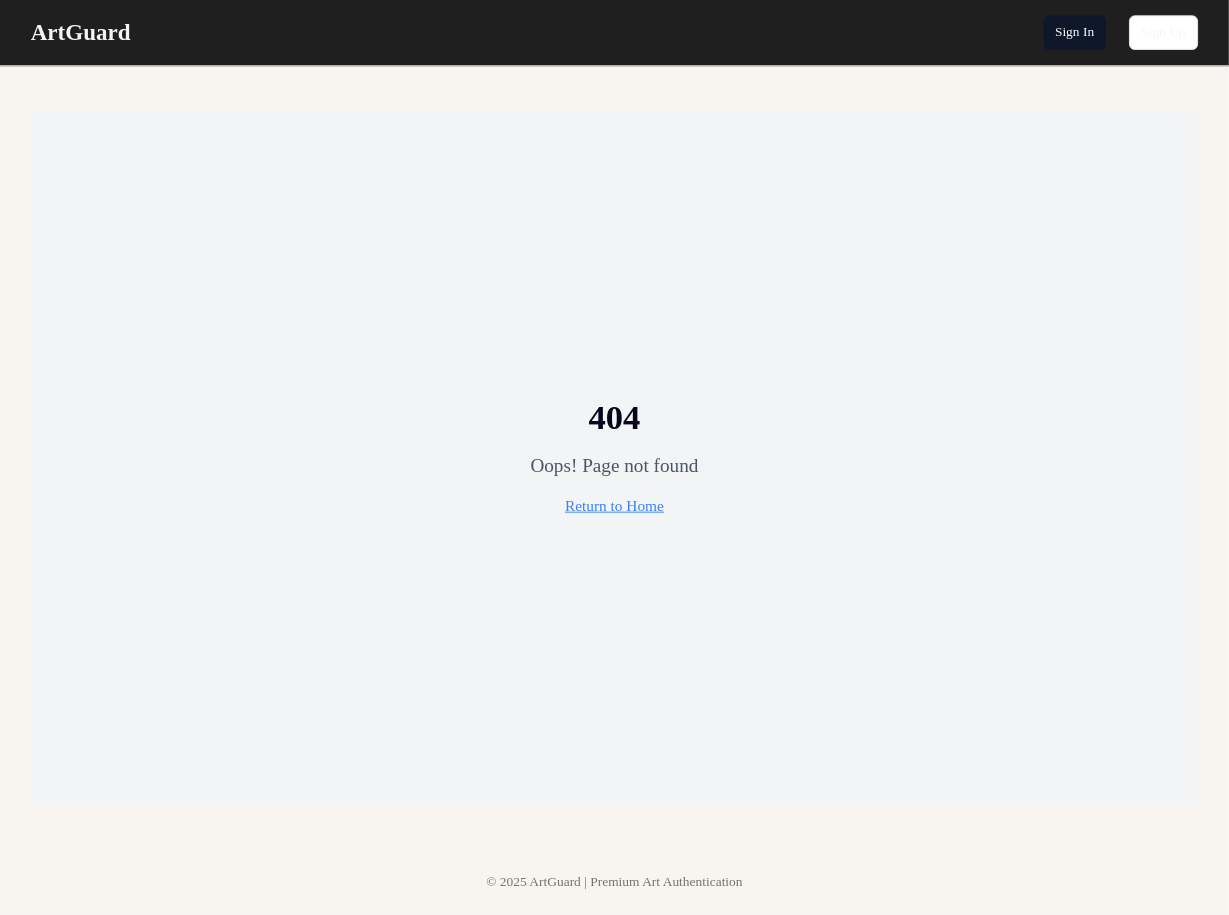
Repository: Arunkumar158/artguard
Page: /scan-history
These files come from the project's save history. The page is drawn as it stood at one moment and after the next save; the edit follows.
The browser window is 1280 px wide. The pictures show the whole page, at 96% of full size.
The project was rebuilt for these pictures with package versions that can differ from the ones it lists, and the page was loaded fresh each time. Also part of the build but not shown: vite.config.ts, src/components/ui/label.tsx, src/components/ui/form.tsx, src/components/ui/input.tsx, src/components/ui/tabs.tsx, src/components/ui/use-toast.ts, src/components/ui/alert-dialog.tsx, src/components/auth/AuthForm.tsx and 13 more.

Above is the page before, as saved 2025-07-07 23:50:14.

### index.html
<!DOCTYPE html>
<html lang="en">
  <head>
    <meta charset="UTF-8" />
    <meta name="viewport" content="width=device-width, initial-scale=1.0" />
    <title>art-sense-scan-reveal</title>
    <meta name="description" content="Lovable Generated Project" />
    <meta name="author" content="Lovable" />

    <meta property="og:title" content="art-sense-scan-reveal" />
    <meta property="og:description" content="Lovable Generated Project" />
    <meta property="og:type" content="website" />
    <meta property="og:image" content="https://lovable.dev/opengraph-image-p98pqg.png" />

    <meta name="twitter:card" content="summary_large_image" />
    <meta name="twitter:site" content="@lovable_dev" />
    <meta name="twitter:image" content="https://lovable.dev/opengraph-image-p98pqg.png" />
  </head>

  <body>
    <div id="root"></div>
    <!-- IMPORTANT: DO NOT REMOVE THIS SCRIPT TAG OR THIS VERY COMMENT! -->
    <script src="https://cdn.gpteng.co/gptengineer.js" type="module"></script>
    <script type="module" src="/src/main.tsx"></script>
  </body>
</html>

### src/main.tsx
import { createRoot } from 'react-dom/client'
import { BrowserRouter as Router } from 'react-router-dom'
import App from './App.tsx'
import './index.css'

createRoot(document.getElementById("root")!).render(
  <Router>
    <App />
  </Router>
);

### src/App.tsx
import { useEffect, useState } from "react";
import {
  BrowserRouter as Router,
  Routes,
  Route,
  Navigate,
  useNavigate,
} from "react-router-dom";
import { Session } from "@supabase/supabase-js";
import { supabase } from "@/lib/supabaseClient";
import AuthPage from "./pages/Auth";
import Dashboard from "./pages/Dashboard";
import Index from "./pages/Index";
import NotFound from "./pages/NotFound";
import ResetPasswordPage from "./pages/ResetPassword";
import { Toaster } from "./components/ui/toaster";
import { MainLayout } from "./components/MainLayout";

function App() {
  const [session, setSession] = useState<Session | null>(null);
  const navigate = useNavigate();

  useEffect(() => {
    supabase.auth.getSession().then(({ data: { session } }) => {
      setSession(session);
    });

    const {
      data: { subscription },
    } = supabase.auth.onAuthStateChange((event, session) => {
      setSession(session);
      if (event === "PASSWORD_RECOVERY") {
        navigate("/reset-password");
      }
    });

    return () => subscription.unsubscribe();
  }, [navigate]);

  return (
    <MainLayout session={session}>
      <Routes>
        <Route path="/" element={<Index />} />
        <Route path="/auth" element={<AuthPage />} />
        <Route path="/reset-password" element={<ResetPasswordPage />} />
        <Route
          path="/dashboard"
          element={
            <ProtectedRoute session={session}>
              <Dashboard session={session} />
            </ProtectedRoute>
          }
        />
        <Route path="*" element={<NotFound />} />
      </Routes>
      <Toaster />
    </MainLayout>
  );
}

function ProtectedRoute({
  session,
  children,
}: {
  session: Session | null;
  children: React.ReactNode;
}) {
  if (!session) {
    return <Navigate to="/auth" replace />;
  }

  return <>{children}</>;
}

export default App;

### src/index.css
@import url('https://fonts.googleapis.com/css2?family=Inter:wght@400;500;600;700&family=Playfair+Display:wght@700&display=swap');

@tailwind base;
@tailwind components;
@tailwind utilities;

@layer base {
  :root {
    --background: 0 0% 100%;
    --foreground: 222.2 84% 4.9%;

    /* Art Guard Brand Colors */
    --brand-background: 36 33% 96%; /* #F9F6F2 */
    --brand-primary: 44 74% 61%;   /* #E2B855 */
    --brand-text: 0 0% 12%;       /* #1E1E1E */

    --card: 0 0% 100%;
    --card-foreground: 222.2 84% 4.9%;

    --popover: 38 50% 98%;
    --popover-foreground: 0 0% 11.8%;

    --primary: 222.2 47.4% 11.2%;
    --primary-foreground: 210 40% 98%;

    --secondary: 210 40% 96.1%;
    --secondary-foreground: 0 0% 9%;

    --muted: 0 0% 96.1%;
    --muted-foreground: 0 0% 45.1%;

    --accent: 0 0% 96.1%;
    --accent-foreground: 0 0% 9%;

    --destructive: 0 84.2% 60.2%;
    --destructive-foreground: 0 0% 98%;

    --border: 0 0% 90%;
    --input: 0 0% 90%;
    --ring: 45 74% 61%; /* Deep Ochre Gold for focus rings */

    --radius: 0.5rem;
  }

  .dark {
    --background: 222.2 84% 4.9%;
    --foreground: 210 40% 98%;

    /* Art Guard Brand Colors */
    --brand-background: 36 33% 96%; /* #F9F6F2 */
    --brand-primary: 44 74% 61%;   /* #E2B855 */
    --brand-text: 0 0% 12%;       /* #1E1E1E */

    --card: 222.2 84% 4.9%;
    --card-foreground: 210 40% 98%;

    --popover: 0 0% 11.8%;
    --popover-foreground: 38 50% 98%;

    --primary: 210 40% 98%;
    --primary-foreground: 222.2 47.4% 11.2%;

    --secondary: 217.2 32.6% 17.5%;
    --secondary-foreground: 0 0% 98%;

    --muted: 0 0% 17.5%;
    --muted-foreground: 0 0% 65.1%;

    --accent: 0 0% 17.5%;
    --accent-foreground: 0 0% 98%;

    --destructive: 0 62.8% 30.6%;
    --destructive-foreground: 0 0% 98%;

    --border: 0 0% 25%;
    --input: 0 0% 25%;
    --ring: 45 74% 61%;
  }
}

@layer base {
  * {
    @apply border-border;
  }

  body {
    @apply bg-background text-foreground font-sans;
  }

  h1, h2, h3, h4, h5, h6 {
    @apply font-serif;
  }
}

/* Additional keyframes for animations */
@keyframes fade-in {
  from {
    opacity: 0;
    transform: translateY(10px);
  }
  to {
    opacity: 1;
    transform: translateY(0);
  }
}

@layer utilities {
  .animate-fade-in {
    animation: fade-in 0.4s ease-out forwards;
  }
}

### src/lib/supabaseClient.ts
import { createClient } from '@supabase/supabase-js'

const supabaseUrl = "https://bawanuusktkjmlniedlu.supabase.co"
const supabaseAnonKey = "eyJhbGciOiJIUzI1NiIsInR5cCI6IkpXVCJ9.eyJpc3MiOiJzdXBhYmFzZSIsInJlZiI6ImJhd2FudXVza3Rram1sbmllZGx1Iiwicm9sZSI6ImFub24iLCJpYXQiOjE3NTA1ODg3MTUsImV4cCI6MjA2NjE2NDcxNX0.ERK2N1GqeKfrCd2n5coqiYEGMFnfx_IXZGKz0Kpm_Bg"

export const supabase = createClient(supabaseUrl, supabaseAnonKey)

### src/pages/NotFound.tsx
import { useLocation } from "react-router-dom";
import { useEffect } from "react";

const NotFound = () => {
  const location = useLocation();

  useEffect(() => {
    console.error(
      "404 Error: User attempted to access non-existent route:",
      location.pathname
    );
  }, [location.pathname]);

  return (
    <div className="min-h-screen flex items-center justify-center bg-gray-100">
      <div className="text-center">
        <h1 className="text-4xl font-bold mb-4">404</h1>
        <p className="text-xl text-gray-600 mb-4">Oops! Page not found</p>
        <a href="/" className="text-blue-500 hover:text-blue-700 underline">
          Return to Home
        </a>
      </div>
    </div>
  );
};

export default NotFound;

### src/components/ui/toaster.tsx
import { useToast } from "@/hooks/use-toast"
import {
  Toast,
  ToastClose,
  ToastDescription,
  ToastProvider,
  ToastTitle,
  ToastViewport,
} from "@/components/ui/toast"

export function Toaster() {
  const { toasts } = useToast()

  return (
    <ToastProvider>
      {toasts.map(function ({ id, title, description, action, ...props }) {
        return (
          <Toast key={id} {...props}>
            <div className="grid gap-1">
              {title && <ToastTitle>{title}</ToastTitle>}
              {description && (
                <ToastDescription>{description}</ToastDescription>
              )}
            </div>
            {action}
            <ToastClose />
          </Toast>
        )
      })}
      <ToastViewport />
    </ToastProvider>
  )
}

### src/components/MainLayout.tsx
import React from "react";
import { Session } from "@supabase/supabase-js";
import { Header } from "./Header";

interface MainLayoutProps {
  children: React.ReactNode;
  session: Session | null;
}

export const MainLayout: React.FC<MainLayoutProps> = ({
  children,
  session,
}) => {
  return (
    <div className="min-h-screen bg-brand-background flex flex-col font-sans">
      <Header session={session} />
      <main className="flex-1 container py-12">{children}</main>
      <footer className="py-6 text-center text-sm text-muted-foreground">
        <div className="container">
          © {new Date().getFullYear()} ArtGuard | Premium Art Authentication
        </div>
      </footer>
    </div>
  );
};

### src/components/ui/button.tsx
import * as React from "react"
import { Slot } from "@radix-ui/react-slot"
import { cva, type VariantProps } from "class-variance-authority"

import { cn } from "@/lib/utils"

const buttonVariants = cva(
  "inline-flex items-center justify-center gap-2 whitespace-nowrap rounded-md text-sm font-medium ring-offset-background transition-colors focus-visible:outline-none focus-visible:ring-2 focus-visible:ring-ring focus-visible:ring-offset-2 disabled:pointer-events-none disabled:opacity-50 [&_svg]:pointer-events-none [&_svg]:size-4 [&_svg]:shrink-0",
  {
    variants: {
      variant: {
        default: "bg-primary text-primary-foreground hover:bg-primary/90",
        destructive:
          "bg-destructive text-destructive-foreground hover:bg-destructive/90",
        outline:
          "border border-input bg-background hover:bg-accent hover:text-accent-foreground",
        secondary:
          "bg-secondary text-secondary-foreground hover:bg-secondary/80",
        ghost: "hover:bg-accent hover:text-accent-foreground",
        link: "text-primary underline-offset-4 hover:underline",
      },
      size: {
        default: "h-10 px-4 py-2",
        sm: "h-9 rounded-md px-3",
        lg: "h-11 rounded-md px-8",
        icon: "h-10 w-10",
      },
    },
    defaultVariants: {
      variant: "default",
      size: "default",
    },
  }
)

export interface ButtonProps
  extends React.ButtonHTMLAttributes<HTMLButtonElement>,
    VariantProps<typeof buttonVariants> {
  asChild?: boolean
}

const Button = React.forwardRef<HTMLButtonElement, ButtonProps>(
  ({ className, variant, size, asChild = false, ...props }, ref) => {
    const Comp = asChild ? Slot : "button"
    return (
      <Comp
        className={cn(buttonVariants({ variant, size, className }))}
        ref={ref}
        {...props}
      />
    )
  }
)
Button.displayName = "Button"

export { Button, buttonVariants }

### src/components/ui/toast.tsx
import * as React from "react"
import * as ToastPrimitives from "@radix-ui/react-toast"
import { cva, type VariantProps } from "class-variance-authority"
import { X } from "lucide-react"

import { cn } from "@/lib/utils"

const ToastProvider = ToastPrimitives.Provider

const ToastViewport = React.forwardRef<
  React.ElementRef<typeof ToastPrimitives.Viewport>,
  React.ComponentPropsWithoutRef<typeof ToastPrimitives.Viewport>
>(({ className, ...props }, ref) => (
  <ToastPrimitives.Viewport
    ref={ref}
    className={cn(
      "fixed top-0 z-[100] flex max-h-screen w-full flex-col-reverse p-4 sm:bottom-0 sm:right-0 sm:top-auto sm:flex-col md:max-w-[420px]",
      className
    )}
    {...props}
  />
))
ToastViewport.displayName = ToastPrimitives.Viewport.displayName

const toastVariants = cva(
  "group pointer-events-auto relative flex w-full items-center justify-between space-x-4 overflow-hidden rounded-md border p-6 pr-8 shadow-lg transition-all data-[swipe=cancel]:translate-x-0 data-[swipe=end]:translate-x-[var(--radix-toast-swipe-end-x)] data-[swipe=move]:translate-x-[var(--radix-toast-swipe-move-x)] data-[swipe=move]:transition-none data-[state=open]:animate-in data-[state=closed]:animate-out data-[swipe=end]:animate-out data-[state=closed]:fade-out-80 data-[state=closed]:slide-out-to-right-full data-[state=open]:slide-in-from-top-full data-[state=open]:sm:slide-in-from-bottom-full",
  {
    variants: {
      variant: {
        default: "border bg-background text-foreground",
        destructive:
          "destructive group border-destructive bg-destructive text-destructive-foreground",
      },
    },
    defaultVariants: {
      variant: "default",
    },
  }
)

const Toast = React.forwardRef<
  React.ElementRef<typeof ToastPrimitives.Root>,
  React.ComponentPropsWithoutRef<typeof ToastPrimitives.Root> &
    VariantProps<typeof toastVariants>
>(({ className, variant, ...props }, ref) => {
  return (
    <ToastPrimitives.Root
      ref={ref}
      className={cn(toastVariants({ variant }), className)}
      {...props}
    />
  )
})
Toast.displayName = ToastPrimitives.Root.displayName

const ToastAction = React.forwardRef<
  React.ElementRef<typeof ToastPrimitives.Action>,
  React.ComponentPropsWithoutRef<typeof ToastPrimitives.Action>
>(({ className, ...props }, ref) => (
  <ToastPrimitives.Action
    ref={ref}
    className={cn(
      "inline-flex h-8 shrink-0 items-center justify-center rounded-md border bg-transparent px-3 text-sm font-medium ring-offset-background transition-colors hover:bg-secondary focus:outline-none focus:ring-2 focus:ring-ring focus:ring-offset-2 disabled:pointer-events-none disabled:opacity-50 group-[.destructive]:border-muted/40 group-[.destructive]:hover:border-destructive/30 group-[.destructive]:hover:bg-destructive group-[.destructive]:hover:text-destructive-foreground group-[.destructive]:focus:ring-destructive",
      className
    )}
    {...props}
  />
))
ToastAction.displayName = ToastPrimitives.Action.displayName

const ToastClose = React.forwardRef<
  React.ElementRef<typeof ToastPrimitives.Close>,
  React.ComponentPropsWithoutRef<typeof ToastPrimitives.Close>
>(({ className, ...props }, ref) => (
  <ToastPrimitives.Close
    ref={ref}
    className={cn(
      "absolute right-2 top-2 rounded-md p-1 text-foreground/50 opacity-0 transition-opacity hover:text-foreground focus:opacity-100 focus:outline-none focus:ring-2 group-hover:opacity-100 group-[.destructive]:text-red-300 group-[.destructive]:hover:text-red-50 group-[.destructive]:focus:ring-red-400 group-[.destructive]:focus:ring-offset-red-600",
      className
    )}
    toast-close=""
    {...props}
  >
    <X className="h-4 w-4" />
  </ToastPrimitives.Close>
))
ToastClose.displayName = ToastPrimitives.Close.displayName

const ToastTitle = React.forwardRef<
  React.ElementRef<typeof ToastPrimitives.Title>,
  React.ComponentPropsWithoutRef<typeof ToastPrimitives.Title>
>(({ className, ...props }, ref) => (
  <ToastPrimitives.Title
    ref={ref}
    className={cn("text-sm font-semibold", className)}
    {...props}
  />
))
ToastTitle.displayName = ToastPrimitives.Title.displayName

const ToastDescription = React.forwardRef<
  React.ElementRef<typeof ToastPrimitives.Description>,
  React.ComponentPropsWithoutRef<typeof ToastPrimitives.Description>
>(({ className, ...props }, ref) => (
  <ToastPrimitives.Description
    ref={ref}
    className={cn("text-sm opacity-90", className)}
    {...props}
  />
))
ToastDescription.displayName = ToastPrimitives.Description.displayName

type ToastProps = React.ComponentPropsWithoutRef<typeof Toast>

type ToastActionElement = React.ReactElement<typeof ToastAction>

export {
  type ToastProps,
  type ToastActionElement,
  ToastProvider,
  ToastViewport,
  Toast,
  ToastTitle,
  ToastDescription,
  ToastClose,
  ToastAction,
}

### src/components/Header.tsx
import React from "react";
import { Link, useNavigate } from "react-router-dom";
import { Session } from "@supabase/supabase-js";
import { supabase } from "@/lib/supabaseClient";
import { Button } from "./ui/button";

interface HeaderProps {
  session: Session | null;
}

export const Header: React.FC<HeaderProps> = ({ session }) => {
  const navigate = useNavigate();

  const handleSignOut = async () => {
    await supabase.auth.signOut();
    navigate("/");
  };

  return (
    <header className="py-4 border-b bg-brand-text text-brand-background">
      <div className="container flex items-center justify-between">
        <Link to="/" className="text-2xl font-serif font-bold">
          ArtGuard
        </Link>
        <nav className="flex items-center gap-6">
          {session ? (
            <>
              <Link
                to="/upload"
                className="text-sm font-medium text-gray-300 hover:text-white transition-colors relative group"
              >
                Upload Artwork
                <span className="absolute bottom-[-2px] left-0 w-full h-0.5 bg-brand-primary scale-x-0 group-hover:scale-x-100 transition-transform origin-left duration-300"></span>
              </Link>
              <Link
                to="/scan-history"
                className="text-sm font-medium text-gray-300 hover:text-white transition-colors relative group"
              >
                Scan History
                <span className="absolute bottom-[-2px] left-0 w-full h-0.5 bg-brand-primary scale-x-0 group-hover:scale-x-100 transition-transform origin-left duration-300"></span>
              </Link>
              <Link
                to="/insights"
                className="text-sm font-medium text-gray-300 hover:text-white transition-colors relative group"
              >
                Insights
                <span className="absolute bottom-[-2px] left-0 w-full h-0.5 bg-brand-primary scale-x-0 group-hover:scale-x-100 transition-transform origin-left duration-300"></span>
              </Link>
              <Link
                to="/api-access"
                className="text-sm font-medium text-gray-300 hover:text-white transition-colors relative group"
              >
                API Access
                <span className="absolute bottom-[-2px] left-0 w-full h-0.5 bg-brand-primary scale-x-0 group-hover:scale-x-100 transition-transform origin-left duration-300"></span>
              </Link>
              <Link
                to="/account"
                className="text-sm font-medium text-gray-300 hover:text-white transition-colors relative group"
              >
                Account
                <span className="absolute bottom-[-2px] left-0 w-full h-0.5 bg-brand-primary scale-x-0 group-hover:scale-x-100 transition-transform origin-left duration-300"></span>
              </Link>
              <Link
                to="/dashboard"
                className="text-sm font-medium text-gray-300 hover:text-white transition-colors relative group hidden md:inline"
              >
                Dashboard
                <span className="absolute bottom-[-2px] left-0 w-full h-0.5 bg-brand-primary scale-x-0 group-hover:scale-x-100 transition-transform origin-left duration-300"></span>
              </Link>
              <Button onClick={handleSignOut} variant="ghost" size="sm">
                Sign Out
              </Button>
            </>
          ) : (
            <>
              <Button
                onClick={() => navigate("/auth")}
                variant="default"
                size="sm"
              >
                Sign In
              </Button>
              <Button
                onClick={() => navigate("/auth")}
                variant="outline"
                size="sm"
              >
                Sign Up
              </Button>
            </>
          )}
        </nav>
      </div>
    </header>
  );
};

### tailwind.config.ts
import type { Config } from "tailwindcss";
import { fontFamily } from "tailwindcss/defaultTheme";
import tailwindcssAnimate from "tailwindcss-animate";

export default {
	darkMode: ["class"],
	content: [
		"./pages/**/*.{ts,tsx}",
		"./components/**/*.{ts,tsx}",
		"./app/**/*.{ts,tsx}",
		"./src/**/*.{ts,tsx}",
	],
	prefix: "",
	theme: {
		container: {
			center: true,
			padding: '2rem',
			screens: {
				'2xl': '1400px'
			}
		},
		extend: {
			fontFamily: {
				sans: ["var(--font-sans)", "Inter", "sans-serif"],
				serif: ["var(--font-serif)", "Playfair Display", "serif"],
			},
			colors: {
				border: 'hsl(var(--border))',
				input: 'hsl(var(--input))',
				ring: 'hsl(var(--ring))',
				background: 'hsl(var(--background))',
				foreground: 'hsl(var(--foreground))',
				'brand-background': 'hsl(var(--brand-background))',
				'brand-primary': 'hsl(var(--brand-primary))',
				'brand-text': 'hsl(var(--brand-text))',
				primary: {
					DEFAULT: 'hsl(var(--primary))',
					foreground: 'hsl(var(--primary-foreground))'
				},
				secondary: {
					DEFAULT: 'hsl(var(--secondary))',
					foreground: 'hsl(var(--secondary-foreground))'
				},
				destructive: {
					DEFAULT: 'hsl(var(--destructive))',
					foreground: 'hsl(var(--destructive-foreground))'
				},
				muted: {
					DEFAULT: 'hsl(var(--muted))',
					foreground: 'hsl(var(--muted-foreground))'
				},
				accent: {
					DEFAULT: 'hsl(var(--accent))',
					foreground: 'hsl(var(--accent-foreground))'
				},
				popover: {
					DEFAULT: 'hsl(var(--popover))',
					foreground: 'hsl(var(--popover-foreground))'
				},
				card: {
					DEFAULT: 'hsl(var(--card))',
					foreground: 'hsl(var(--card-foreground))'
				},
				'handmade': "#D96D6D",
				'ai-generated': "#4C8DE5",
				'digital-print': "#4EE5D3",
			},
			borderRadius: {
				lg: 'var(--radius)',
				md: 'calc(var(--radius) - 2px)',
				sm: 'calc(var(--radius) - 4px)'
			},
			keyframes: {
				'accordion-down': {
					from: {
						height: '0'
					},
					to: {
						height: 'var(--radix-accordion-content-height)'
					}
				},
				'accordion-up': {
					from: {
						height: 'var(--radix-accordion-content-height)'
					},
					to: {
						height: '0'
					}
				},
				'pulse': {
					'0%, 100%': {
						opacity: '1'
					},
					'50%': {
						opacity: '0.5'
					}
				},
				'shimmer': {
					'0%': {
						backgroundPosition: '-200% 0'
					},
					'100%': {
						backgroundPosition: '200% 0'
					}
				}
			},
			animation: {
				'accordion-down': 'accordion-down 0.2s ease-out',
				'accordion-up': 'accordion-up 0.2s ease-out',
				'pulse': 'pulse 2s cubic-bezier(0.4, 0, 0.6, 1) infinite',
				'shimmer': 'shimmer 2s infinite linear'
			}
		}
	},
	plugins: [tailwindcssAnimate],
} satisfies Config;

Loaded but not shown: src/hooks/use-toast.ts (common file); src/lib/utils.ts (common file)

After the next save:
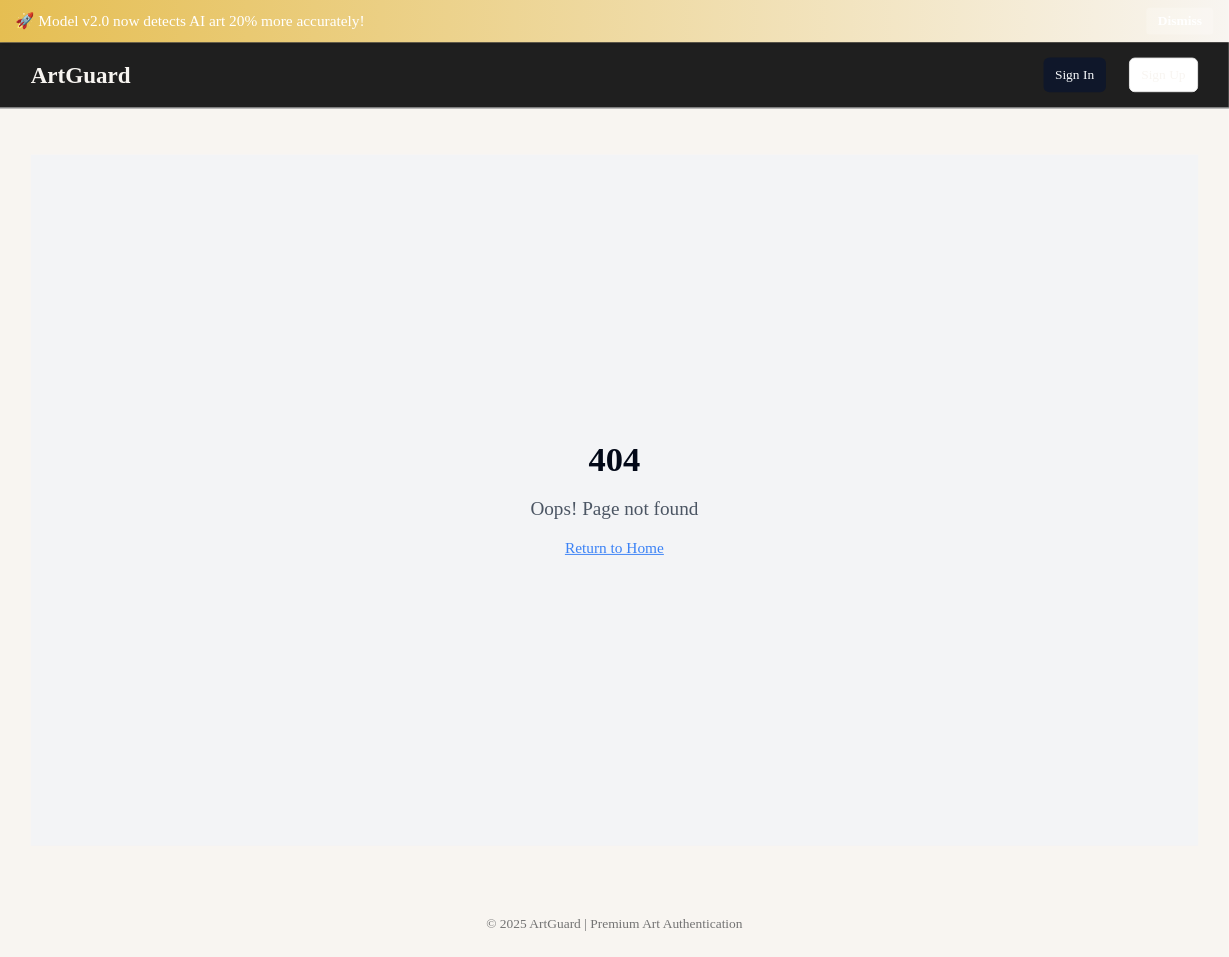
Saved 8 s later.
--- a/src/components/MainLayout.tsx
+++ b/src/components/MainLayout.tsx
@@ -11,8 +11,21 @@
   children,
   session,
 }) => {
+  const [showBanner, setShowBanner] = React.useState(true);
   return (
     <div className="min-h-screen bg-brand-background flex flex-col font-sans">
+      {showBanner && (
+        <div className="w-full bg-gradient-to-r from-brand-primary to-brand-secondary text-white flex items-center justify-center py-2 px-4 shadow-md z-50">
+          <span className="mr-4 text-base font-medium">🚀 Model v2.0 now detects AI art 20% more accurately!</span>
+          <button
+            onClick={() => setShowBanner(false)}
+            className="ml-auto px-3 py-1 rounded bg-white/20 hover:bg-white/30 text-white text-sm font-semibold transition-colors"
+            aria-label="Dismiss notification"
+          >
+            Dismiss
+          </button>
+        </div>
+      )}
       <Header session={session} />
       <main className="flex-1 container py-12">{children}</main>
       <footer className="py-6 text-center text-sm text-muted-foreground">
